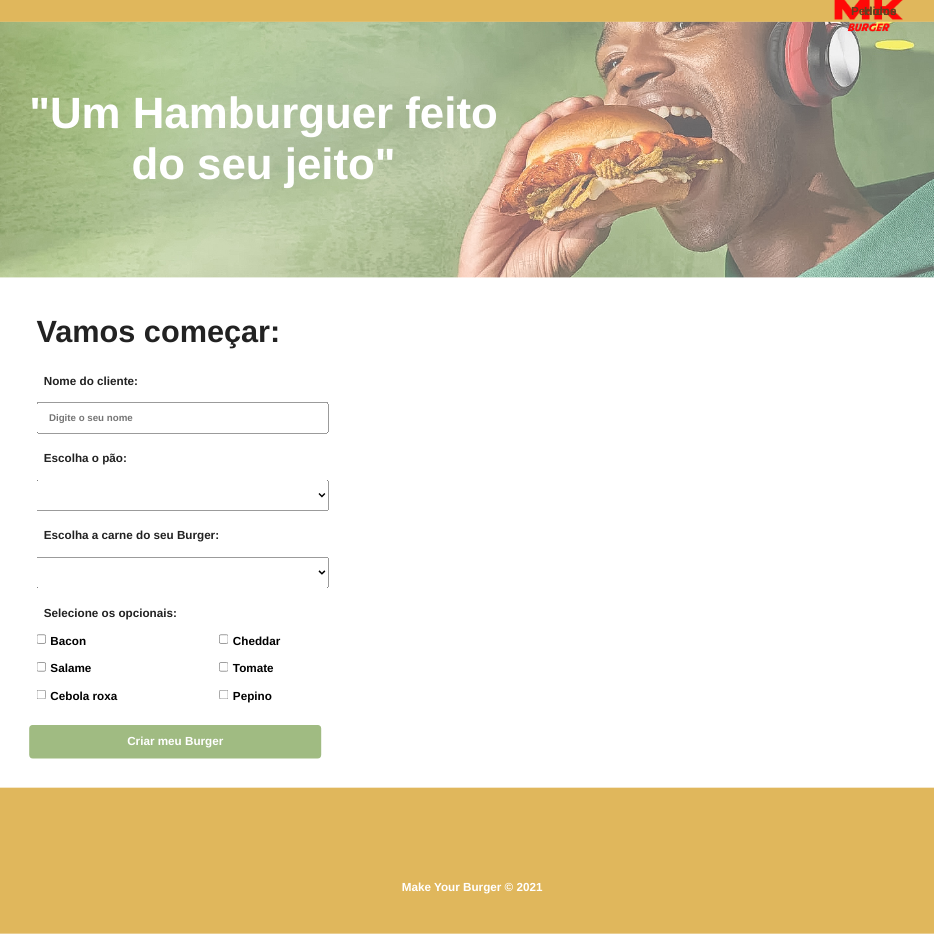
Repository: MarcoantonioCaldeira/Sistema-para-Hamburgueria
Page: /
These files come from the project's save history. The page is drawn as it stood at one moment and after the next save; the edit follows.
The browser window is 1280 px wide. The pictures show the whole page, at 73% of full size.
The project was rebuilt for these pictures with package versions that can differ from the ones it lists, and the page was loaded fresh each time. Requests to the local data server were answered from the project's data file. Also part of the build but not shown: vue.config.js.

Above is the page before, as saved 2022-11-02 22:28:58.

### src/App.vue
<template>
  <div>
    <Navbar :logo="logo_src" :alt="app_name"/>
    <div>
      <router-view></router-view>
    </div>
    <Footer />
  </div>
</template>

<script>
 import Navbar from './components/Navbar.vue';
 import Footer from './components/Footer.vue';

export default {
  data: function() {
    return{
      logo_src: "/img/logo.png",
      app_name: "Make Your Burger"
    }
  },
  components: {
    Navbar,
    Footer
  }
}
</script>

<style>
  * {
    font-family: Helvetica;
    font-weight: bold;
    padding: 0;
    margin: 0;
    box-sizing: border-box;
  }
  .main-container {
    margin: 50px;
    min-height: 250px;
  }
  h1 {
    font-size: 42px;
    margin-bottom: 30px;
    color: #222;
  }
</style>

### src/router/index.js
import { createRouter, createWebHistory } from 'vue-router'
import HomeView from '../views/Home.vue'

const routes = [
  {
    path: '/',
    name: 'home',
    component: HomeView
  },
  {
    path: '/pedidos',
    name: 'Pedidos',
    component: () => import(/* webpackChunkName: "pedidos" */ '../views/Pedidos.vue')
  }
]

const router = createRouter({
  history: createWebHistory(process.env.BASE_URL),
  routes
})

export default router

### src/components/Navbar.vue
<template>
    <div id="nav">
        <router-link to="/" id="logo-url">
            <img :src="logo" :alt="alt" id="logo">
        </router-link>
        <router-link to="/">Home</router-link>
        <router-link to="/pedidos">Pedidos</router-link>
    </div>
</template>

    <script>
    export default {
     name: 'Navbar',
     props: ["logo", "alt"]
    }
    </script>

    <style>
    #nav{
        background-color: rgb(224, 183, 92);
        padding: 15px 40px;
        display: flex;
        justify-content: flex-end;
        align-items: center;
      }

      #nav #logo-url{
        margin: auto;
        margin-left: 0;
      }

      #logo{
        width: 100px;
        height: 100px;
      }

      #nav a{
        color: #604020;
        font-siza: 160px;
        text-decoration:none;
        margin:12px;
        transition: .5s;
      }

      #nav a:hover{
        color:#fff;
      }
    </style>

### src/components/Footer/Footer.vue
<template>
    <div id="footer">
      <p>Make Your Burger &copy; 2021</p>
      <div id="Footer-info">
        <a>Quem somos</a>
        <a>Nossos Termos</a>
        <a>Entre em contato conosco</a>
      </div>
    </div>
  </template>

  <script>
  export default {
    name: "Footer"
  }
  </script>

  <style src="./style.scss"  lang="scss">

  </style>

### src/views/Home.vue
<template>
  <Banner />
  <div class="main-container">
    <h1>Vamos começar:</h1>
    <BurgerForm />
  </div>
</template>

<script>
import Banner from "../components/Banner.vue"
import BurgerForm from "../components/BurgerForm.vue"

export default{
  name: "Home",
  components: {
    Banner,
    BurgerForm
  }
}
</script>

### src/components/Footer/style.scss

p{
    position:absolute;
    margin-left: 43%;
    margin-top: 10%;
    display: inline;
  }

  a{
    position: absolute;
    margin-top: 10%;
    margin: 0 10px;
  }

  #Footer-info{
    height: 40px;
    margin-left: -53%;
  }

  #footer {
    height: 200px;
    background-color: rgb(224, 183, 92);
    color: #ffffff;
    bottom: 0;
    width: 100%;
  }

### src/components/Banner.vue
<template>
   <div id="main-banner">
    <h1>"Um Hamburguer feito <br> do seu jeito"</h1>
   </div>
</template>
<script>

export default{
    name: 'Banner'
}

</script>
<style>

#main-banner{
    background-image: url('/public/img/burger.jpg');
    background-position: 0 -250px;
    background-size: cover;
    height: 350px;
    display: flex;
    align-items: center;
    justify-content: flex-start;
}

#main-banner h1{
    color: #fff;
    text-align: center;
    font-size: 60px;
    padding: 20px 40px;
}
</style>

### src/components/BurgerForm.vue
<template>
    <Message :msg="msg" v-show="msg" />
    <div>
      <form id="burger-form" method="POST" @submit="createBurger">
        <div class="input-container">
          <label for="nome">Nome do cliente:</label>
          <input type="text" id="nome" name="nome" v-model="nome" placeholder="Digite o seu nome" required>
        </div>
        <div class="input-container">
          <label for="pao">Escolha o pão:</label>
          <select name="pao" id="pao" v-model="pao">
            <option value="">Selecione o seu pão</option>
            <option v-for="pao in paes" :key="pao.id" value="pao.tipo">{{ pao.tipo }}</option>
          </select>
        </div>
        <div class="input-container">
          <label for="carne">Escolha a carne do seu Burger:</label>
          <select name="carne" id="carne" v-model="carne">
            <option value="">Selecione o tipo de carne</option>
            <option v-for="carne in carnes" :key="carne.id" value="carne.tipo">{{ carne.tipo }}</option>
          </select>
        </div>
        <div id="opcionais-container" class="input-container">
          <label id="opcionais-title" for="opcionais">Selecione os opcionais:</label>
          <div class="checkbox-container" v-for="opcional in opcionaisdata" :key="opcional.id">
            <input type="checkbox" name="opcionais" v-model="opcionais" :value="opcional.tipo">
            <span>{{ opcional.tipo }}</span>
          </div>
        </div>
        <div class="input-container">
          <input class="submit-btn" type="submit" value="Criar meu Burger">
        </div>
      </form>
    </div>
  </template>

  <script>
  import Message from './Message'
  export default {
    name: "BurgerForm",
    data() {
      return {
        paes: null,
        carnes: null,
        opcionaisdata: null,
        nome: null,
        pao: null,
        carne: null,
        opcionais: [],
        status: "Solicitado",
        msg: null
      }
    },
    methods: {
      async getIngredientes() {
        const req = await fetch('http://localhost:3000/ingredientes');
        const data = await req.json();

        this.paes = data.paes;
        this.carnes = data.carnes;
        this.opcionaisdata = data.opcionais;
      },
      async createBurger(e) {

        e.preventDefault();

        const data = {
          nome: this.nome,
          carne: this.carne,
          pao: this.pao,
          opcionais: Array.from(this.opcionais),
          status: "Solicitado"
        }

        const dataJson = JSON.stringify(data);

        const req = await fetch('http://localhost:3000/burgers', {
          method: "POST",
          headers: { "Content-Type" : "application/json" },
          body: dataJson
        });
        const res = await req.json()
        console.log(res)
        this.msg = "Pedido realizado com sucesso!"
        // clear message
        setTimeout(() => this.msg = "", 3000)
        // limpar campos
        this.nome = ""
        this.carne = ""
        this.pao = ""
        this.opcionais = []

      }
    },
    mounted () {
      this.getIngredientes()
    },
    components: {
      Message
    }
  }
  </script>

  <style scoped>
  #burger-form {
    max-width: 500px;
  }
  .input-container {
    display: flex;
    flex-direction: column;
    margin-bottom: 20px;
  }
  label {
    font-weight: bold;
    margin-bottom: 15px;
    color: #222;;
    padding: 5px 10px;
  }
  input, select {
    padding: 12px 15px;
    width: 400px;
  }
  #opcionais-container {
    flex-direction: row;
    flex-wrap: wrap;
  }
  #opcionais-title {
    width: 100%;
  }
  .checkbox-container {
    display: flex;
    align-items: flex-start;
    width: 50%;
    margin-bottom: 20px;
  }
  .checkbox-container span,
  .checkbox-container input {
    width: auto;
  }
  .checkbox-container span {
    margin-left: 6px;
    font-weight: bold;
  }
  .submit-btn {
    background-color:#a0bb82;
    border-radius: 5px;
    color:white;
    font-weight: bold;
    border: 2px solid #a0bb82;
    padding: 15 15px;
    font-size: 16px;
    margin: -2%;
    cursor: pointer;
    transition: .5s;
  }
  .submit-btn:hover {
    background-color: transparent;
    color: #222;
  }
</style>

### src/components/Message.vue
<template>
    <div class="message-container">
        <p>{{ msg }}</p>
    </div>
</template>

<script>
export default {
    name: "Message",
    props: {
        msg: String
    }
}
</script>

<style>

.message-container{
    color: #004085;
    background-color: #deeeff;
    border: 2px solid #deeeff;
    border-radius: 5px;
    padding: 10px;
    max-width: 400px;
    margin: 30px auto;
}
</style>

### db/db.json
{
  "ingredientes": {
    "paes": [
      {
        "id": 1,
        "tipo": "Italiano Branco"
      },
      {
        "id": 2,
        "tipo": "3 Queijos"
      },
      {
        "id": 3,
        "tipo": "Parmesão e Orégano"
      },
      {
        "id": 4,
        "tipo": "Integral"
      }
    ],
    "carnes": [
      {
        "id": 1,
        "tipo": "Maminha"
      },
      {
        "id": 2,
        "tipo": "Alcatra"
      },
      {
        "id": 3,
        "tipo": "Picanha"
      },
      {
        "id": 4,
        "tipo": "Veggie burger"
      }
    ],
    "molhos-opcionais": [
      {
        "id": 1,
        "tipo": "Tomate"
      },
      {
        "id": 2,
        "tipo": "Creme de Alho"
      },
      {
        "id": 3,
        "tipo": "Vinagre com tomate"
      },
      {
        "id": 4,
        "tipo": "Pimenta mexicana"
      }
    ],
    "opcionais": [
      {
        "id": 1,
        "tipo": "Bacon"
      },
      {
        "id": 2,
        "tipo": "Cheddar"
      },
      {
        "id": 3,
        "tipo": "Salame"
      },
      {
        "id": 4,
        "tipo": "Tomate"
      },
      {
        "id": 4,
        "tipo": "Cebola roxa"
      },
      {
        "id": 4,
        "tipo": "Pepino"
      }
    ]
  },
  "status": [
    {
      "id": 1,
      "tipo": "Solicitado"
    },
    {
      "id": 2,
      "tipo": "Em produção"
    },
    {
      "id": 3,
      "tipo": "Finalizado"
    }
  ],
  "burgers": [
    {
      "nome": "Marco ",
      "carne": "carne.tipo",
      "pao": "pao.tipo",
      "opcionais": [
        "Tomate",
        "Bacon",
        "Salame"
      ],
      "status": "Solicitado",
      "id": 1
    }
  ]
}

Loaded but not shown: public/index.html (common file); src/main.js (common file)

After the next save:
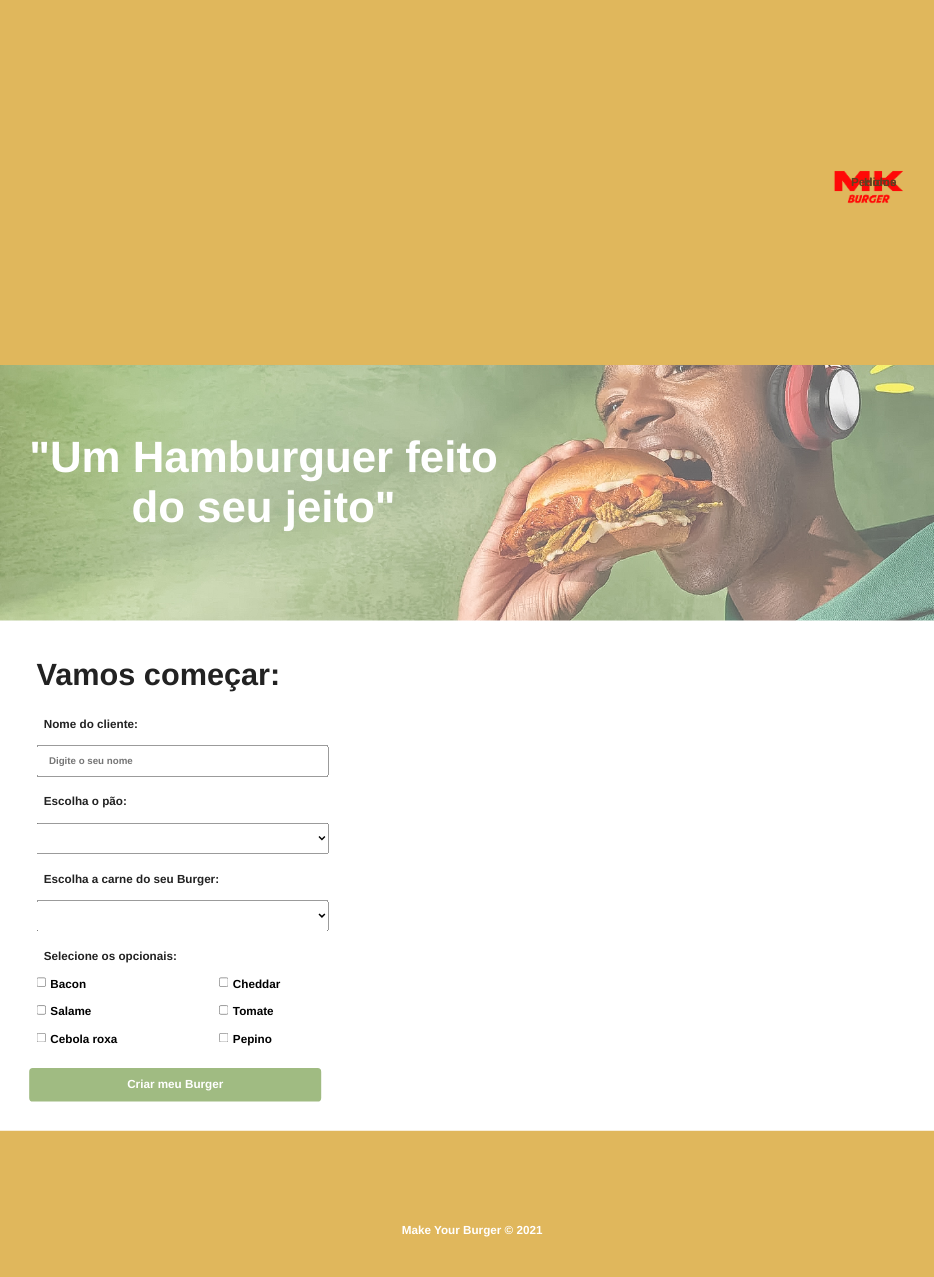
Saved 10 s later.
--- a/src/components/Navbar.vue
+++ b/src/components/Navbar.vue
@@ -18,6 +18,7 @@
     <style>
     #nav{
         background-color: rgb(224, 183, 92);
+        height:500px;
         padding: 15px 40px;
         display: flex;
         justify-content: flex-end;
